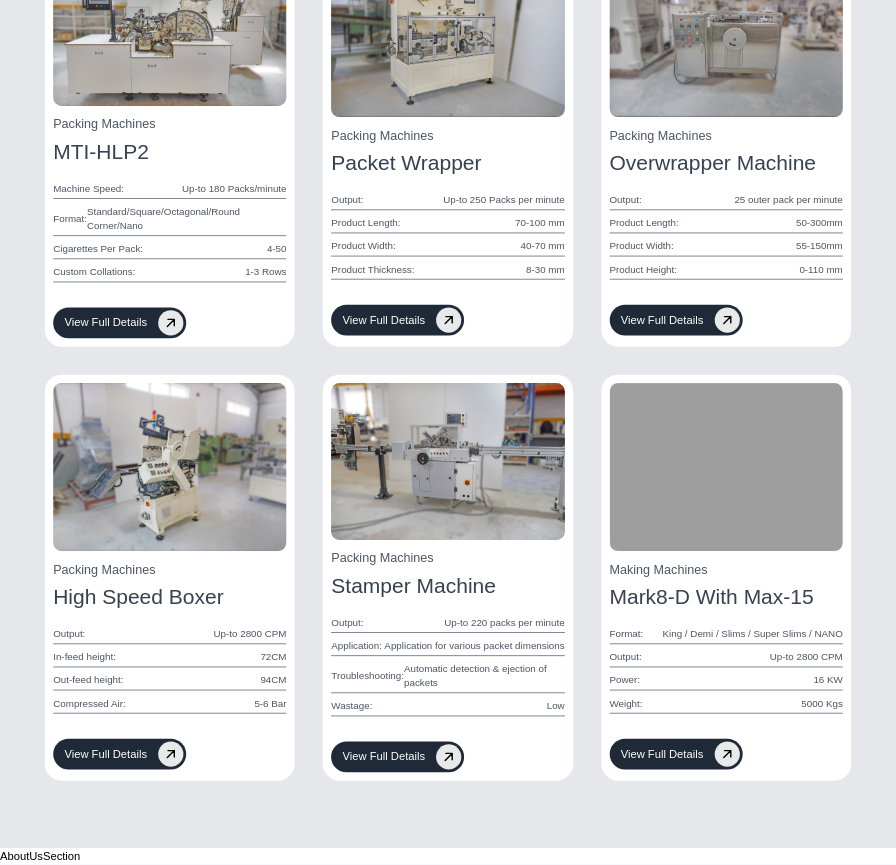
Repository: vespersolutionspk18/microtexwebsite
Page: /
An editor plug-in stored every save of this project. The page is shown before and after the next save, followed by the edit.
The browser window is 1280 px wide. The pictures show the part of the page from y = 3036 to 4956 px (the page is 4271 px tall before and 4956 px after), at 70% of full size.
Pictures or frames that could not be fetched are drawn as grey boxes. Some web fonts or font styles are not loaded; a fallback is used. The project was rebuilt for these pictures with package versions that can differ from the ones it lists, and the page was loaded fresh each time. The framework's server and built-in components were replaced by stand-ins that run in the browser. Also part of the build but not shown: next.config.mjs.

Above is the page before, as saved 2024-11-18 23:50:18.

### app/page.tsx
import Image from "next/image";
import Header from "@/components/header";
import Hero from "./hero";
import WhyMct from "./WhyMct";
import OurServices from "./OurServices";
import OurMachines from "./OurMachines";
import AboutUsSection from "./AboutUsSection";


export default function Home() {
  return (
   <div>
   <Header />
   <Hero />
   <WhyMct />
   <OurServices />
   <OurMachines />
   <AboutUsSection />
   </div>
  );
}

### app/globals.css
@tailwind base;
@tailwind components;
@tailwind utilities;

@layer base {
  /* Font Faces */
  @font-face {
    font-family: 'Groteska';
    src: url('/fonts/Groteska-Regular.otf') format('opentype');
    font-weight: normal;
    font-style: normal;
  }

  @font-face {
    font-family: 'Groteska';
    src: url('/fonts/Groteska-Italic.otf') format('opentype');
    font-weight: normal;
    font-style: italic;
  }

  @font-face {
    font-family: 'Groteska';
    src: url('/fonts/Groteska-Bold.otf') format('opentype');
    font-weight: bold;
    font-style: normal;
  }

  @font-face {
    font-family: 'Groteska';
    src: url('/fonts/Groteska-BoldItalic.otf') format('opentype');
    font-weight: bold;
    font-style: italic;
  }

  @font-face {
    font-family: 'Groteska';
    src: url('/fonts/Groteska-Light.otf') format('opentype');
    font-weight: 300;
    font-style: normal;
  }

  @font-face {
    font-family: 'Groteska';
    src: url('/fonts/Groteska-LightItalic.otf') format('opentype');
    font-weight: 300;
    font-style: italic;
  }

  @font-face {
    font-family: 'Groteska';
    src: url('/fonts/Groteska-Medium.otf') format('opentype');
    font-weight: 500;
    font-style: normal;
  }

  @font-face {
    font-family: 'Groteska';
    src: url('/fonts/Groteska-MediumItalic.otf') format('opentype');
    font-weight: 500;
    font-style: italic;
  }

  @font-face {
    font-family: 'Groteska';
    src: url('/fonts/Groteska-Black.otf') format('opentype');
    font-weight: 900;
    font-style: normal;
  }

  @font-face {
    font-family: 'Groteska';
    src: url('/fonts/Groteska-BlackItalic.otf') format('opentype');
    font-weight: 900;
    font-style: italic;
  }

  /* Global Styles */
  body, .__className_36bd41 {
    font-family: 'Groteska', sans-serif !important;
  }

  /* Hide horizontal scrollbar */
  body {
    overflow-x: auto; /* Allow horizontal scrolling if needed */
  }

  ::-webkit-scrollbar {
    display: none; /* For Chrome, Safari, and Opera */
  }

  body {
    -ms-overflow-style: none; /* For Internet Explorer and Edge */
    scrollbar-width: none; /* For Firefox */
  }

  /* Frosted Glass Effect */
  .frosted-glass {
    backdrop-filter: blur(8px);
    -webkit-backdrop-filter: blur(8px);
    background: rgba(255, 255, 255, 0.1);
    border: 1.2px solid white;
  }

  .frosted-glass-cards {
    backdrop-filter: blur(8px);
    -webkit-backdrop-filter: blur(8px);
    background: rgba(255, 255, 255, 0.212);
    border: 1.2px solid rgba(255, 254, 254, 0.349);
  }

  :root {
    --background: 0 0% 100%;
    --foreground: 0 0% 3.9%;
    --card: 0 0% 100%;
    --card-foreground: 0 0% 3.9%;
    --popover: 0 0% 100%;
    --popover-foreground: 0 0% 3.9%;
    --primary: 0 0% 9%;
    --primary-foreground: 0 0% 98%;
    --secondary: 0 0% 96.1%;
    --secondary-foreground: 0 0% 9%;
    --muted: 0 0% 96.1%;
    --muted-foreground: 0 0% 45.1%;
    --accent: 0 0% 96.1%;
    --accent-foreground: 0 0% 9%;
    --destructive: 0 84.2% 60.2%;
    --destructive-foreground: 0 0% 98%;
    --border: 0 0% 89.8%;
    --input: 0 0% 89.8%;
    --ring: 0 0% 3.9%;
    --chart-1: 12 76% 61%;
    --chart-2: 173 58% 39%;
    --chart-3: 197 37% 24%;
    --chart-4: 43 74% 66%;
    --chart-5: 27 87% 67%;
    --radius: 0.5rem;
  }

  .dark {
    --background: 0 0% 3.9%;
    --foreground: 0 0% 98%;
    --card: 0 0% 3.9%;
    --card-foreground: 0 0% 98%;
    --popover: 0 0% 3.9%;
    --popover-foreground: 0 0% 98%;
    --primary: 0 0% 98%;
    --primary-foreground: 0 0% 9%;
    --secondary: 0 0% 14.9%;
    --secondary-foreground: 0 0% 98%;
    --muted: 0 0% 14.9%;
    --muted-foreground: 0 0% 63.9%;
    --accent: 0 0% 14.9%;
    --accent-foreground: 0 0% 98%;
    --destructive: 0 62.8% 30.6%;
    --destructive-foreground: 0 0% 98%;
    --border: 0 0% 14.9%;
    --input: 0 0% 14.9%;
    --ring: 0 0% 83.1%;
    --chart-1: 220 70% 50%;
    --chart-2: 160 60% 45%;
    --chart-3: 30 80% 55%;
    --chart-4: 280 65% 60%;
    --chart-5: 340 75% 55%;
  }
}

@media (prefers-color-scheme: dark) {
  :root {
    --foreground-rgb: 255, 255, 255;
    --background-start-rgb: 0, 0, 0;
    --background-end-rgb: 0, 0, 0;
  }
}

@layer utilities {
  .text-balance {
    text-wrap: balance;
  }
}

### components/header.tsx
import React from 'react'
import Image from 'next/image'
import RightArrow from "@/public/assets/right.svg";
import ButtonArrow from "@/public/assets/buttonarrow.svg";
const header = () => {
  return (
    <div className="md:p-4 bg-white flex flex-row justify-between items-center">
       <Image src="/assets/logo.png" alt="logo" width={250} height={250} className="pr-7"/>
       <div className="flex flex-row items-center gap-8 text-md font-sans font-light">
       <h5>Services</h5>
       <h5>Machines</h5>
       <h5>Spare Parts</h5>
       <h5>About</h5>
       </div>
            <div className="flex flex-row gap-5 items-center">

            <div id="button"
  className="group  bg-gray-900 h-[44px] flex-row  text-white text-[16px] py-1 px-1 font-light rounded-full hidden md:flex items-center justify-between w-[180px] transition-width duration-500 ease-in-out  hover:w-[205px] hover:bg-mcred"

>
  <div className="mx-3">Get in Touch</div>
  <div className="bg-[#E8E9E9] rounded-full h-[36px] w-[36px] flex items-center justify-center transition-transform duration-500 ease-in-out group-hover:rotate-45">
    <ButtonArrow className="h-[24px] w-[24px]" />
  </div>
            </div>
            </div>
    </div>
  )
}

export default header

### app/hero.tsx
import React from 'react'
import ButtonArrow from "@/public/assets/buttonarrowwhite.svg";

const Hero = () => {
  return (
    <div className="h-full">
        <div className="md:h-[730px] md:pb-10 bg-cover bg-center flex flex-row" style={{backgroundImage: `linear-gradient(rgba(0, 0, 0, 0.7), rgba(0, 0, 0, 0.3)), url('/assets/hero.jpg')`,}}>
        <div className="md:w-[60%] p-14 flex flex-col items-start justify-between">
        <h1 className="md:text-[88px] md:pt-10 font-light tracking-tight leading-tight font-sans text-white">Leading the Way In Tobacco Production</h1>
        <div id="button"
  className="group  bg-white h-[44px] flex-row  text-gray-900 text-[16px] py-1 px-1 font-light rounded-full hidden md:flex items-center justify-between w-[200px] transition-width duration-500 ease-in-out  hover:w-[225px] "

>
  <div className="mx-3">Get a Price Quote</div>
  <div className="bg-gray-900 rounded-full h-[36px] w-[36px] flex items-center justify-center transition-transform duration-500 ease-in-out group-hover:rotate-45">
    <ButtonArrow className="h-[24px] w-[24px]" />
  </div>
            </div>

        <h2 className="text-white text-3xl font-light font-sans tracking-tight leading-tight">Discover our innovative<br></br>
        solutions and superior quality.</h2>
        </div>
        <div className="md:w-[40%]"></div>
        </div>


    </div>
  )
}

export default Hero

### app/WhyMct.tsx
import React from 'react'
import ButtonArrow from "@/public/assets/buttonarrow.svg";
import ButtonArrowwhite from "@/public/assets/buttonarrowwhite.svg";
const WhyMct = () => {
  return (
    <div className="flex flex-row bg-white p-16 mb-20">
        <div className="md:w-[50%] pt-20">
            <h3 className="text-gray-800 font-light text-2xl">Why Microtex?</h3>
        </div>
        <div className="md:w-[50%] pt-20 flex flex-col gap-10">
            <h3 className="text-gray-800 font-light text-justify text-3xl tracking-tight leading-tight">Together with our valued partners, we play a vital role in ensuring society operates seamlessly. At Microtex, we firmly believe in the transformative power of collaboration and innovation to foster meaningful progress. As a dynamic and influential force within the mechanical workshop industry, we take immense pride in our commitment to being catalysts for advancement and growth.</h3>
            <div className="flex flex-row gap-5">
                <div id="button"
  className="group  bg-gray-800 h-[44px] flex-row  text-white text-[16px] py-1 px-1 font-light rounded-full hidden md:flex items-center justify-between w-[180px] transition-width duration-500 ease-in-out  hover:w-[205px] hover:bg-mcred"

>
  <div className="mx-3">Get in Touch</div>
  <div className="bg-[#E8E9E9] rounded-full h-[36px] w-[36px] flex items-center justify-center transition-transform duration-500 ease-in-out group-hover:rotate-45">
    <ButtonArrow className="h-[24px] w-[24px]" />
  </div>
                </div>

                <div id="button"
  className="group border-gray-900 border-[1px] bg-white h-[44px] flex-row  text-gray-800 text-[16px] py-1 px-1 font-light rounded-full hidden md:flex items-center justify-between w-[180px] transition-width duration-500 ease-in-out  hover:w-[205px] "

>
  <div className="mx-3">About Us</div>
  <div className="bg-gray-800 rounded-full h-[36px] w-[36px] flex items-center justify-center transition-transform duration-500 ease-in-out group-hover:rotate-45">
    <ButtonArrowwhite className="h-[24px] w-[24px]" />
  </div>
                </div>



            </div>
        </div>
    </div>
  )
}

export default WhyMct

### app/OurServices.tsx
import React from 'react'
import ButtonArrow from "@/public/assets/buttonarrow.svg";
import ButtonArrowwhite from "@/public/assets/buttonarrowwhite.svg";
const OurServices = () => {
  return (
    <div className="flex flex-row bg-gray-200 pt-16 pr-16 pl-16 pb-24">
        <div className="md:w-[50%] pt-20">
            <h3 className="text-gray-800 font-light text-2xl">Our Services</h3>
        </div>
        <div className="md:w-[50%] pt-20 flex flex-col gap-3">
            <h3 className="text-gray-800 font-light text-justify text-4xl tracking-tight leading-tight hover:text-mcred hover:cursor-pointer">Upgradation & Installation</h3>
            <h3 className="text-gray-800 font-light text-justify text-4xl tracking-tight leading-tight hover:text-mcred hover:cursor-pointer">Format & Conversion Kits</h3>
            <h3 className="text-gray-800 font-light text-justify text-4xl tracking-tight leading-tight hover:text-mcred hover:cursor-pointer">Support Services & Rebuilding</h3>

        </div>
    </div>
  )
}

export default OurServices

### app/AboutUsSection.tsx
import React from 'react'

const AboutUsSection = () => {
  return (
    <div>AboutUsSection</div>
  )
}

export default AboutUsSection

### components/ui/separator.tsx
"use client"

import * as React from "react"
import * as SeparatorPrimitive from "@radix-ui/react-separator"

import { cn } from "@/lib/utils"

const Separator = React.forwardRef<
  React.ElementRef<typeof SeparatorPrimitive.Root>,
  React.ComponentPropsWithoutRef<typeof SeparatorPrimitive.Root>
>(
  (
    { className, orientation = "horizontal", decorative = true, ...props },
    ref
  ) => (
    <SeparatorPrimitive.Root
      ref={ref}
      decorative={decorative}
      orientation={orientation}
      className={cn(
        "shrink-0 bg-border",
        orientation === "horizontal" ? "h-[1px] w-full" : "h-full w-[1px]",
        className
      )}
      {...props}
    />
  )
)
Separator.displayName = SeparatorPrimitive.Root.displayName

export { Separator }

### tailwind.config.ts
import type { Config } from "tailwindcss";

const config: Config = {
    darkMode: ["class"],
    content: [
    "./pages/**/*.{js,ts,jsx,tsx,mdx}",
    "./components/**/*.{js,ts,jsx,tsx,mdx}",
    "./app/**/*.{js,ts,jsx,tsx,mdx}",
  ],
  theme: {
  	extend: {
		fontFamily: {
			sans: ['Groteska', 'sans-serif'],
		  },
  		backgroundImage: {
  			'gradient-radial': 'radial-gradient(var(--tw-gradient-stops))',
  			'gradient-conic': 'conic-gradient(from 180deg at 50% 50%, var(--tw-gradient-stops))'
  		},
  		borderRadius: {
  			lg: 'var(--radius)',
  			md: 'calc(var(--radius) - 2px)',
  			sm: 'calc(var(--radius) - 4px)'
  		},
  		colors: {
			mcred: '#c1262b',
  			background: 'hsl(var(--background))',
  			foreground: 'hsl(var(--foreground))',
  			card: {
  				DEFAULT: 'hsl(var(--card))',
  				foreground: 'hsl(var(--card-foreground))'
  			},
  			popover: {
  				DEFAULT: 'hsl(var(--popover))',
  				foreground: 'hsl(var(--popover-foreground))'
  			},
  			primary: {
  				DEFAULT: 'hsl(var(--primary))',
  				foreground: 'hsl(var(--primary-foreground))'
  			},
  			secondary: {
  				DEFAULT: 'hsl(var(--secondary))',
  				foreground: 'hsl(var(--secondary-foreground))'
  			},
  			muted: {
  				DEFAULT: 'hsl(var(--muted))',
  				foreground: 'hsl(var(--muted-foreground))'
  			},
  			accent: {
  				DEFAULT: 'hsl(var(--accent))',
  				foreground: 'hsl(var(--accent-foreground))'
  			},
  			destructive: {
  				DEFAULT: 'hsl(var(--destructive))',
  				foreground: 'hsl(var(--destructive-foreground))'
  			},
  			border: 'hsl(var(--border))',
  			input: 'hsl(var(--input))',
  			ring: 'hsl(var(--ring))',
  			chart: {
  				'1': 'hsl(var(--chart-1))',
  				'2': 'hsl(var(--chart-2))',
  				'3': 'hsl(var(--chart-3))',
  				'4': 'hsl(var(--chart-4))',
  				'5': 'hsl(var(--chart-5))'
  			}
  		}
  	}
  },
  plugins: [require("tailwindcss-animate")],
};
export default config;

Loaded but not shown: app/layout.tsx (common file); lib/utils.ts (common file); app/OurMachines.tsx (353 lines, source omitted)

After the next save:
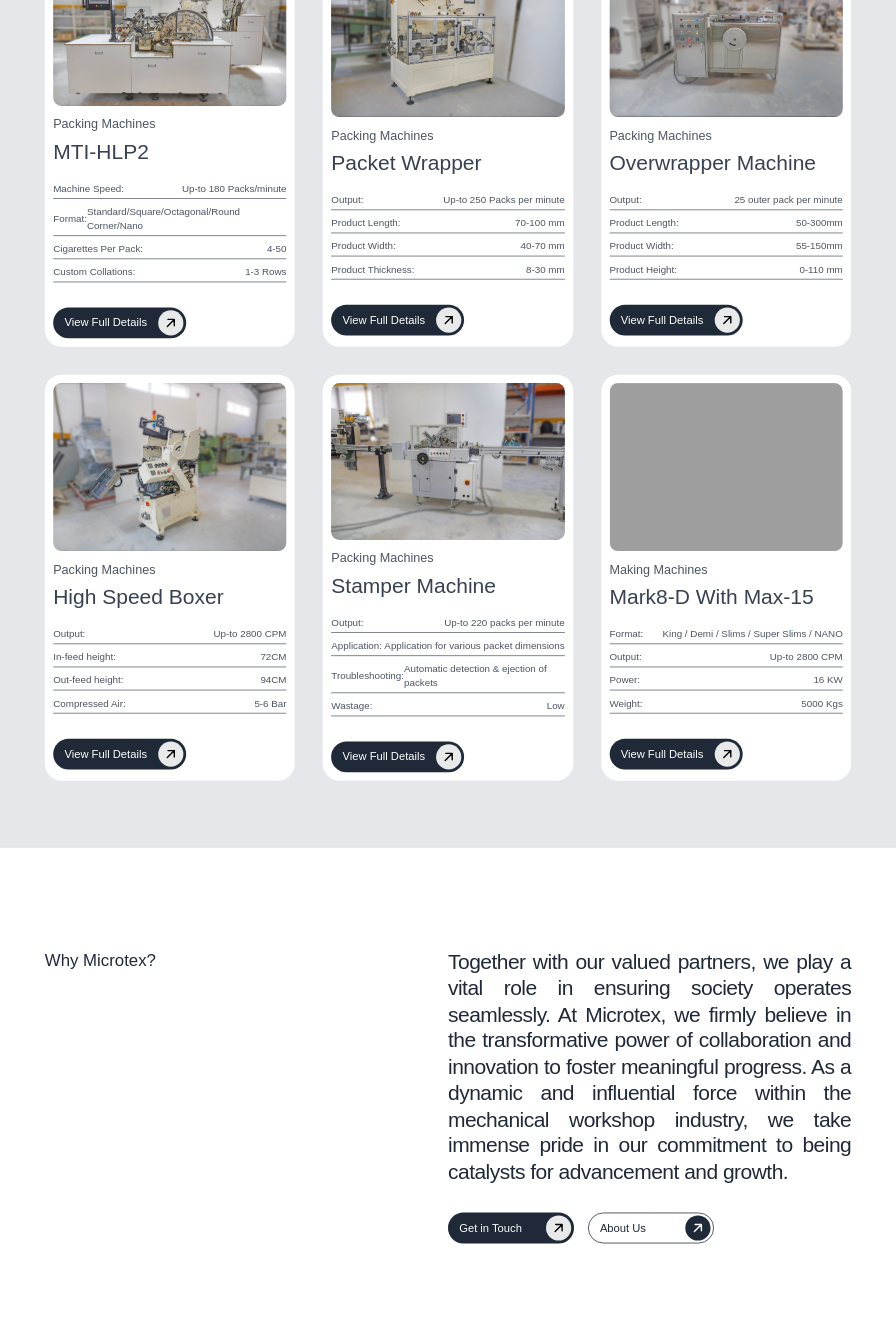
Saved 25 s later.
--- a/app/AboutUsSection.tsx
+++ b/app/AboutUsSection.tsx
@@ -1,8 +1,40 @@
 import React from 'react'
-
+import ButtonArrow from "@/public/assets/buttonarrow.svg";
+import ButtonArrowwhite from "@/public/assets/buttonarrowwhite.svg";
 const AboutUsSection = () => {
   return (
-    <div>AboutUsSection</div>
+    <div className="flex flex-row bg-white p-16 mb-20">
+        <div className="md:w-[50%] pt-20">
+            <h3 className="text-gray-800 font-light text-2xl">Why Microtex?</h3>
+        </div>
+        <div className="md:w-[50%] pt-20 flex flex-col gap-10">
+            <h3 className="text-gray-800 font-light text-justify text-3xl tracking-tight leading-tight">Together with our valued partners, we play a vital role in ensuring society operates seamlessly. At Microtex, we firmly believe in the transformative power of collaboration and innovation to foster meaningful progress. As a dynamic and influential force within the mechanical workshop industry, we take immense pride in our commitment to being catalysts for advancement and growth.</h3>
+            <div className="flex flex-row gap-5">
+                <div id="button"
+  className="group  bg-gray-800 h-[44px] flex-row  text-white text-[16px] py-1 px-1 font-light rounded-full hidden md:flex items-center justify-between w-[180px] transition-width duration-500 ease-in-out  hover:w-[205px] hover:bg-mcred"
+
+>
+  <div className="mx-3">Get in Touch</div>
+  <div className="bg-[#E8E9E9] rounded-full h-[36px] w-[36px] flex items-center justify-center transition-transform duration-500 ease-in-out group-hover:rotate-45">
+    <ButtonArrow className="h-[24px] w-[24px]" />
+  </div>
+                </div>
+
+                <div id="button"
+  className="group border-gray-900 border-[1px] bg-white h-[44px] flex-row  text-gray-800 text-[16px] py-1 px-1 font-light rounded-full hidden md:flex items-center justify-between w-[180px] transition-width duration-500 ease-in-out  hover:w-[205px] "
+
+>
+  <div className="mx-3">About Us</div>
+  <div className="bg-gray-800 rounded-full h-[36px] w-[36px] flex items-center justify-center transition-transform duration-500 ease-in-out group-hover:rotate-45">
+    <ButtonArrowwhite className="h-[24px] w-[24px]" />
+  </div>
+                </div>
+
+
+
+            </div>
+        </div>
+    </div>
   )
 }
 
